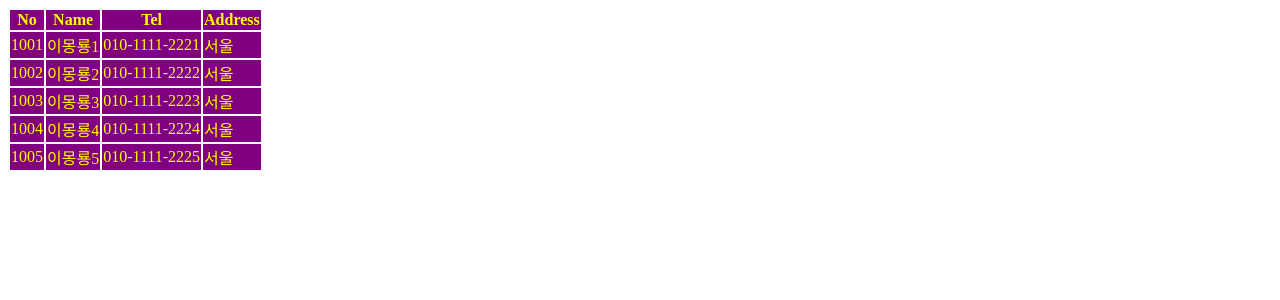
Repository: iyhong/spring_openAPI_lecture
Page: jquerytest/WebContent/jquery2.html
An editor plug-in stored every save of this project. The page is shown before and after the next save, followed by the edit.
The browser window is 1280 px wide. The pictures show the whole page.

Above is the page before, as saved 2021-06-02 02:23:11.

After the next save:
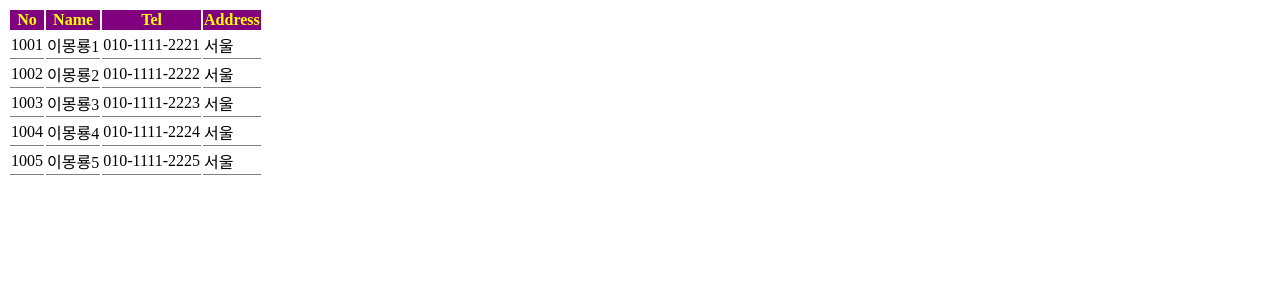
Saved 101 s later.
--- a/jquerytest/WebContent/jquery2.html
+++ b/jquerytest/WebContent/jquery2.html
@@ -6,8 +6,8 @@
 <script type="text/javascript" src="https://code.jquery.com/jquery.js"></script>
 <script type="text/javascript">
 $(function() {
-	$("#test tr").css("background-color", "purple").css("color","yellow");
-	$("#test tr:gt(0)").css("border-bottom", "solid 1px gray");
+	$("#test tr:first").css("background-color", "purple").css("color","yellow");
+	$("#test tr:gt(0)>td").css("border-bottom", "solid 1px gray");
 })
 </script>
 </head>
